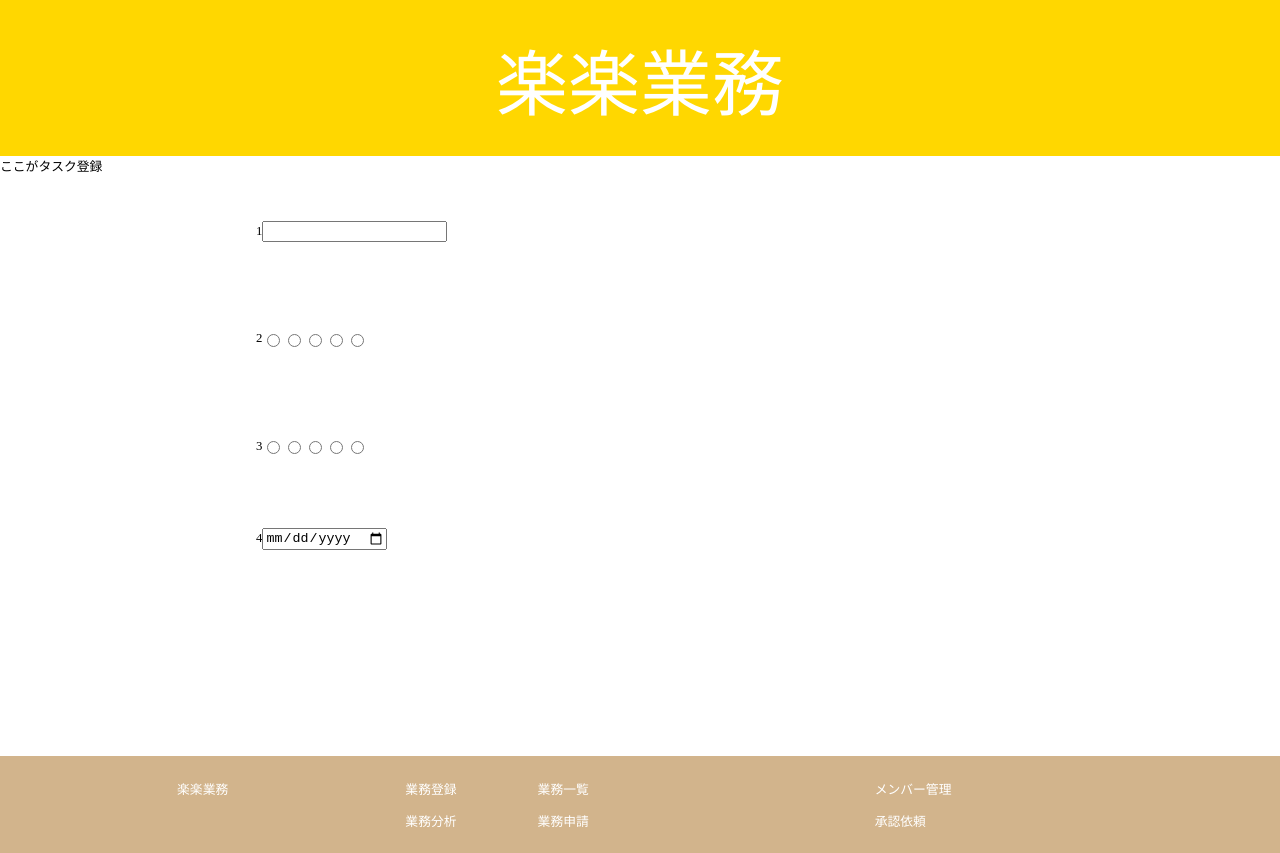
Repository: Reiya-1003/VueReplaceTask
Page: /#/register
These files come from the project's save history. The page is drawn as it stood at one moment and after the next save; the edit follows.
The browser window is 1280 px wide. The pictures show the whole page.
The project was rebuilt for these pictures with package versions that can differ from the ones it lists, and the page was loaded fresh each time. Also part of the build but not shown: vue.config.js, src/components/pages/PageHome.vue.

Above is the page before, as saved 2022-06-16 15:32:27.

After the next save:
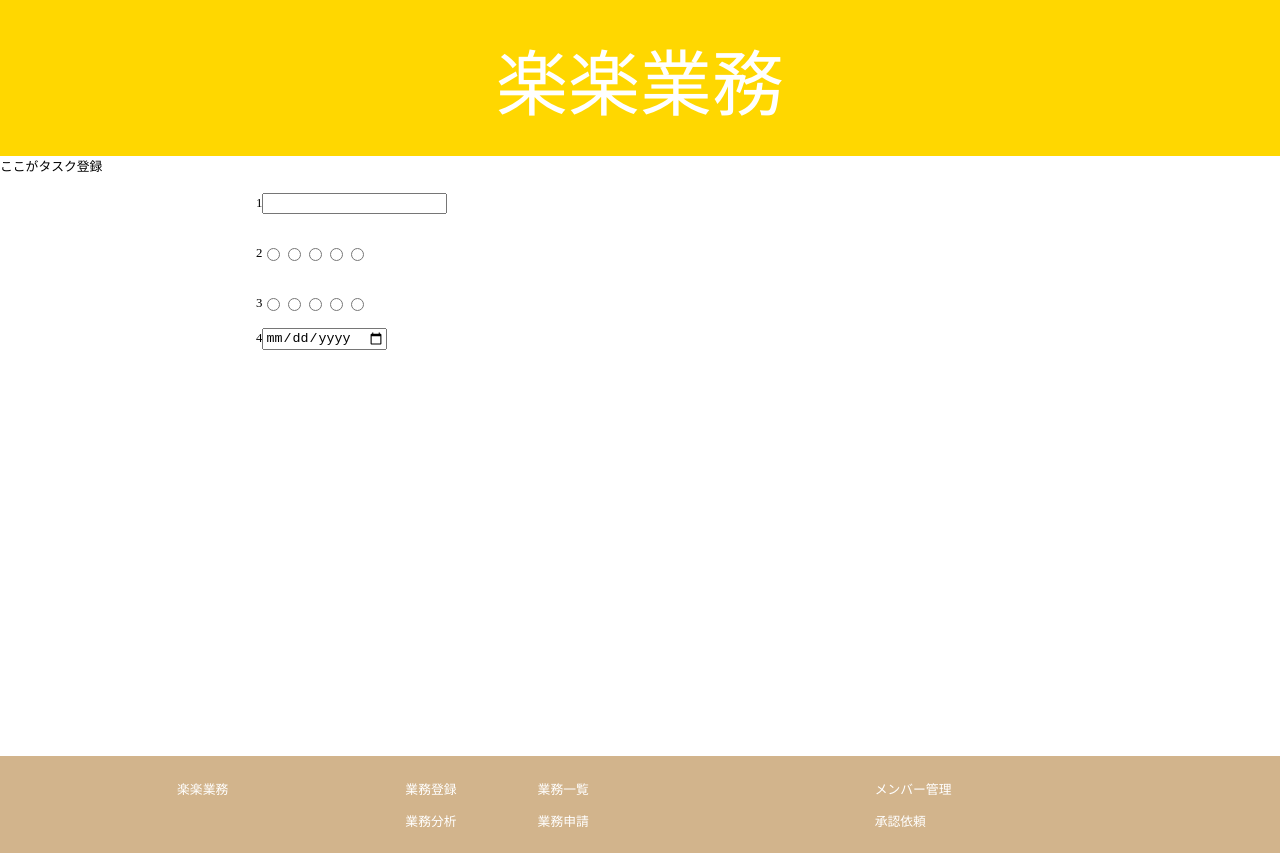
Saved 20 s later.
--- a/src/components/pages/PageRegister.vue
+++ b/src/components/pages/PageRegister.vue
@@ -25,7 +25,7 @@ export default {
   width: 60%;
   display: flex;
   flex-direction: column;
-  justify-content: space-around;
+
   .listitem{
    height: 50px;
    display: flex;
